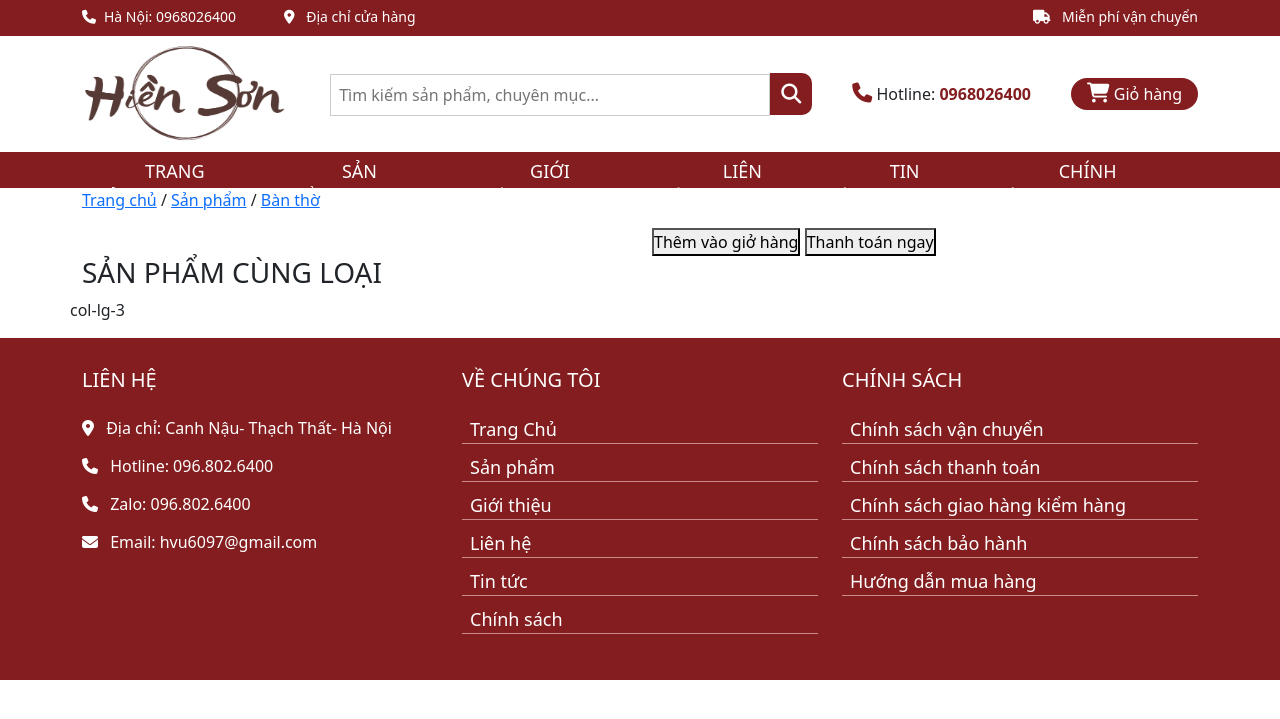
Repository: hoang28092000/do_go_hien_son
Page: product_details/ban_tho-g001.html
An editor plug-in stored every save of this project. The page is shown before and after a run of saves, followed by the edit.
The browser window is 1280 px wide. The pictures show the whole page.
Some web libraries are served in a nearby version.

Above is the page before, as saved 2024-08-10 18:35:12.

### product_details/ban_tho-g001.html
<!DOCTYPE html>
<html lang="en">
<head>
    <meta charset="UTF-8">
    <meta name="viewport" content="width=device-width, initial-scale=1.0">
    <link rel="stylesheet" href="../asset/style.css">
    <link rel="stylesheet" href="https://cdnjs.cloudflare.com/ajax/libs/font-awesome/6.6.0/css/all.min.css" integrity="sha512-Kc323vGBEqzTmouAECnVceyQqyqdsSiqLQISBL29aUW4U/M7pSPA/gEUZQqv1cwx4OnYxTxve5UMg5GT6L4JJg==" crossorigin="anonymous" referrerpolicy="no-referrer" />
    <link href="https://cdn.jsdelivr.net/npm/bootstrap@5.3.3/dist/css/bootstrap.min.css" rel="stylesheet" integrity="sha384-QWTKZyjpPEjISv5WaRU9OFeRpok6YctnYmDr5pNlyT2bRjXh0JMhjY6hW+ALEwIH" crossorigin="anonymous">
    <title>Bàn thờ gia tiên G001</title>
</head>
<body>
    <div id="header">
        <div class="top_header">
            <div class="container">
                <div class=" d-flex align-items-center justify-content-between pt-1">
                    <div class="d-flex">
                        <p class="mb-0 me-5"><a href="" class="txt-th">
                            <i class="fa-solid fa-phone icon-th pe-2"></i>Hà Nội: 0968026400
                        </a></p>
                        <p class="mb-0"><a href="" class="txt-th">
                            <i class="fa-solid fa-location-dot icon-th pe-2"></i>
                        Địa chỉ cửa hàng</a></p>
                    </div>
                    <p class="mb-0"><a href="" class="txt-th">
                        <i class="fa-solid fa-truck icon-th pe-2"></i>
                    Miễn phí vận chuyển</a></p>
                </div>
            </div>
        </div>
    </div>

        <div class="main_header py-2">
            <div class="container">
                <ul class="d-flex justify-content-between align-items-center ps-0 mb-0">
                    <li class="logo-hs">
                        <a href="../index.html"><img src="../asset/image/logo_1.png" class="logo-hd" alt=""></a>
                    </li>
                    <li class="search-hd">
                        <input type="text" class="input-search-hd" placeholder="Tìm kiếm sản phẩm, chuyên mục..."><i class="fa-solid fa-magnifying-glass icon-search_hd"></i>
                    </li>

                    <li class="contact-hd">
                        <i class="fa-solid fa-phone icon-hd "></i>
                        <span class="txt-hd">Hotline: <b style="color: #831d1f;">0968026400</b></span>
                    </li>

                    <li class="cart-hd">
                        <p class="mb-0 cart-list py-1 px-3">
                            <i class="fa-solid fa-cart-shopping icon-cart"></i><span class="txt-cart"> Giỏ hàng</span>
                        </p>
                    </li>
                </ul>
            </div>
        </div>

        <div class="bottom_header">
            <div class="container">
                <ul class="links d-flex justify-content-center align-items-center mb-0 ps-0">
                    <li class="link "><a href="../index.html" class="txt-link">TRANG CHỦ</a></li>
                    <li class="link"><a href="../website/product.html" class="txt-link">SẢN PHẨM</a></li>
                    <li class="link"><a href="../website/about-us.html" class="txt-link">GIỚI THIỆU</a></li>
                    <li class="link"><a href="../website/contact.html" class="txt-link">LIÊN HỆ</a></li>
                    <li class="link"><a href="../website/news.html" class="txt-link">TIN TỨC</a></li>
                    <li class="link"><a href="../website/policy.html" class="txt-link">CHÍNH SÁCH</a></li>
                 </ul>
            </div>
        </div>
    </div>
    <div class="main-product_details">
        <div class="container">
            <div class="links-product_details">
                <a href="" class="">Trang chủ</a>
                <span class="slash"> /</span>
                <a href="" class="">Sản phẩm</a>
                <span class="slash"> /</span>
                <a href="" class="">Bàn thờ</a>
            </div>

            <div class="card-p_details">
                <div class="row">
                    <div class="col-lg-6">
                        <img src="" alt="" class="img-p_details">
                    </div>
                    <div class="col-lg-6">
                        <div class="info-p_details">
                            <h3 class="name-P_details">

                            </h3>

                            <p class="desc-info-pd"></p>
                            <p class="evaluate">

                            </p>
                            <p class="price-pd"></p>
                            <div class="pay">
                                <button class="add_cart">Thêm vào giở hàng</button>
                                <button class="buy">Thanh toán ngay</button>
                            </div>
                        </div>
                    </div>
                </div>
            </div>
            <h3 class="title-pd">
                SẢN PHẨM CÙNG LOẠI
            </h3>
            <div class="pd-relate">
                <div class="row">
                    col-lg-3
                </div>
            </div>
        </div>
    </div>


    <div id="footer" class="mt-3">
        <div class="container">
            <div class="row">
                <div class="col-lg-4">
                    <h4 class="title-ft">LIÊN HỆ</h4>
                    <ul class="list-info">
                        <li>
                            <i class="fa-solid fa-location-dot icon-ft pe-2"></i>
                            <span class="txt-ft">Địa chỉ: Canh Nậu- Thạch Thất- Hà Nội</span>
                        </li>
                        <li>
                            <i class="fa-solid fa-phone icon-ft pe-2"></i>
                            <span class="txt-ft">Hotline: 096.802.6400</span>
                        </li>
                        <li>
                            <i class="fa-solid fa-phone icon-ft pe-2"></i>
                            <span class="txt-ft">Zalo: 096.802.6400    </span>
                        </li>
                        <li>
                            <i class="fa-solid fa-envelope icon-ft pe-2"></i>
                           <span class="txt-ft">Email: hvu6097@gmail.com</span>
                        </li>
                    </ul>
                </div>
                <div class="col-lg-4">
                    <h4 class="title-ft">
                        VỀ CHÚNG TÔI
                    </h4>
                    <ul class="list-links ps-0">
                        <li class="item-link"><a href="../index.html" class="link-ft">Trang Chủ </a></li>
                        <li class="item-link"><a href="../website/product.html" class="link-ft">Sản phẩm</a></li>
                        <li class="item-link"><a href="../website/about-us.html" class="link-ft">Giới thiệu</a></li>
                        <li class="item-link"><a href="../website/contact.html" class="link-ft">Liên hệ</a></li>
                        <li class="item-link"><a href="../website/news.html" class="link-ft">Tin tức</a></li>
                        <li class="item-link"><a href="../website/policy.html" class="link-ft">Chính sách</a></li>
                    </ul>
                </div>
                <div class="col-lg-4">
                    <h4 class="title-ft">
                       CHÍNH SÁCH
                    </h4>
                    <ul class="list-links ps-0">
                        <li class="item-link"><a href="../website/policy.html" class="link-ft">Chính sách vận chuyển </a></li>
                        <li class="item-link"><a href="../website/policy.html" class="link-ft">Chính sách thanh toán</a></li>
                        <li class="item-link"><a href="../website/policy.html" class="link-ft">Chính sách giao hàng kiểm hàng</a></li>
                        <li class="item-link"><a href="../website/policy.html" class="link-ft">Chính sách bảo hành</a></li>
                        <li class="item-link"><a href="../website/policy.html" class="link-ft">Hướng dẫn mua hàng</a></li>
                    </ul>
                </div>

            </div>
        </div>
    </div>
</body>
</html>

### asset/style.css
*{
    padding: 0px;
    margin: 0px ;
    box-sizing: border-box;
    list-style: none;
}

.top_header{
    height: 36px;
    background-color: #831d1f;
}

.top_header .txt-th{
    color: #fff;
    font-size: 14px;
    text-decoration: none;
    font-weight: 500;
}

.top_header .icon-th{
    color: #fff;
}
.top_header .txt-th:hover,
.top_header .icon-th:hover{
    opacity: 0.7;
}

.main_header .logo-hd{
    height: 100px;
    width: 208px;
}
.main_header .input-search-hd{
    font-size: 16px;
    color: #333;
    padding-left: 8px;
    width: 440px;
    height: 42px;
    border: 1px solid #ccc;
    outline: none;
}
.main_header .icon-search_hd{
    font-size: 20px;
    background-color: #831d1f;
    padding: 11px;
    color: #fff;
    border-radius: 0 10px 10px 0;
}
.main_header .icon-search_hd:hover{
    opacity: 0.7;
    cursor: pointer;
}
.main_header .contact-hd .icon-hd{
    font-size: 20px;
    color: #831d1f;
}
.cart-hd .cart-list{
    background-color: #831d1f;
    border-radius: 16px;
}
.cart-hd .txt-cart{
    font-size: 16px;
    font-weight: 500;
    color: #fff;
}
.cart-hd .icon-cart{
    font-size: 20px;
    color: #fff;
}
.cart-hd .cart-list:hover{
    opacity: 0.7;
    cursor: pointer;
}

.bottom_header{
    height: 36px;
    background-color: #831d1f;
}
.bottom_header .links{
    list-style: none;
    padding-top: 6px;
}

.links .txt-link{
    text-decoration: none;
    font-size: 18px;
    font-weight: 500;
    color: #fff;
    padding: 7px 63px 5px;
}
/* .links .txt-link:first-child{
    padding-left:0 ;

}
.links .txt-link:last-child{
    padding-right:0 ;
} */
.links .txt-link:hover{
    cursor: pointer;
    background-color: #bd7071;
}


/* Main*/
#main{
    padding: 20px 0;
}

.left-main .product_portfolio .txt_portfolio{
    font-size: 18px;
    font-weight: 600;
    padding: 4px 10px 4px 0;
    text-align: center;
    background-color: #831d1f;
    color: #fff;
}

.left-main .list_portfolio .items-product{
    border-bottom: 1px solid #ccc;
    padding: 10px 0 4px;
}

.left-main .list_portfolio .items-product:hover{
    background-color: #bd7071;
    color: #fff;
    cursor: pointer;
}
.left-main .list_portfolio .items-product:hover .txt-porduct {
    color: #fff;
}

.left-main .list_portfolio .txt-porduct{
    font-size: 18px;
    color: #333;
    text-decoration: none;
    padding-left: 4px;
    font-weight: 500;
}

/* right-main */

.right-main .first_news .txt-title{
    font-size: 32px;
    font-weight: 600;
    color: #fff;
    background-color: #831d1f;
    padding-left: 10px;

}
.right-main .first_news .hr-title{
    height: 3px;
    background-color: rgb(83, 19, 19);
}
.right-main .first_news .img-rm{
    height: 700px;
}

.right-main .first_news .title-news{
    font-size: 24px;
    font-weight: 500;
    color: #333;

}
.right-main .first_news .txt-bnews{
    font-size: 22px;
    font-weight: 500;
    color: #333;
}
.right-main .first_news .txt-news{
    font-size: 18px;
    color: 16px;
    padding-left: 40px;
    font-weight: 400;
}

.right-main .first_news  .btxt-news{
    font-size: 20px;
    font-weight: 400;
    color: #333;
    padding-left: 20px;
}


/* Main product */
#main .product .img-product{
    height: 412px;
}
#main .product{
    box-shadow: 0px 0px 5px 4px #ccc;
    padding-bottom: 20px;
}
.link-product{
    text-decoration: none;

}
.product .name-product{
    font-size: 18px;
    color: #333;
    font-weight: 500;
    text-align: center;

}
.product .sold-out{
    font-size: 16px;
    color: #757070;
    text-align: center;
}
.product .price-pr{
    font-size: 18px;
    font-weight: 500;
    color: #757070;
    text-decoration: line-through;
}
.product .price-promotion{
    font-size: 18px;
    font-weight: 500;
    color: #fff;
    background-color: #831d1f;
    border-radius: 20px;
    text-align: center;
    padding: 4px 10px;
}
.product .icon_cart-product{
    font-size: 20px;
    color: #831d1f;
    margin-left: 10px;
}

#main .relate_news .title_relate{
    font-size: 24px;
    color: #fff;
    background-color: #831d1f;
    padding: 8px 0 8px 8px;
}
.relate_news .link-relate{
    text-decoration: none;
}
.relate_news .card-relate{
    padding-bottom: 20px;
    box-shadow: 0px 0px 5px 4px #ccc;
}
.card-relate .img-relate{
    height: 229px;
}
.card-relate .info_relate{
    padding: 20px 20px 0 20px;
}
.card-relate .info_relate .h-relate{
    font: size 18px;
    color: #333;
    font-weight: 500;
}
.card-relate .info_relate .desc-relate{
    font-size: 16px;
    font-weight: 400;
    color: #333;
}




/* main about-us */
.main_about-us .title-as{
    font-size: 30px;
    font-weight: 600;
    color: #831d1f;
    text-align: center;
}
.main_about-us .hr-as{
    width: 200px;
    height: 4px;
    background-color: #831d1f;
    margin: 0 auto;
}
.main_about-us .heading-txt{
    font-size: 20px;
    font-weight: 500;
    color: #333;
}

.main_about-us .desc-as{
    font-size: 18px;
    color: #333;
    line-height: 1.8;
}


/* main contact */

.main-contact .title-contact{
    font-size: 30px;
    font-weight: 600;
    color: #831d1f;
    text-align: center;
}

.main-contact .my-info{
    box-shadow: 0px 0px 5px 4px #ccc;
    padding:  20px ;
    height: 437px;
}
.main-contact .my-info .logo-info{
    width: 100px;
    height: 100px;
    border: 2px double #831d1f;

}
.main-contact .my-info .icon-contact{
    font-size: 20px;
    color: #831d1f;
}

.main-contact .my-info .your-info{
    font-size: 22px;
    font-weight: 500;
    color: #831d1f;
    text-align: center;
}
.main-contact .my-info .txt-yi{
    font-size: 18px;
    color: #333;
    font-weight: 500;
}

.main-contact .my-info .input-yi{
    width: 100%;
    outline: none;
    border: 1px solid #ccc;
    padding : 4px 0 4px 6px;
}
.main-contact .text-contact{
    font-size: 18px;
    color: #831d1f;
    font-weight: 500;
    text-align: center;
}
.main-contact .btn-submit{
    border-radius: 10px;
    background-color: #831d1f;
    color: #fff;
    padding: 6px 30px;
    font-size: 18px;
}


/* main-news*/
.main-news .title-news{
    font-size: 24px;
    font-weight: 500;
    color: #831d1f;
    border-bottom: 5px solid #831d1f;
}
.main-news .img-news{
    height: 205px;
}

.main-news .link-news{
    text-decoration: none;
}

.main-news .card-news{
    height: 373px;
    border: 1px solid #ccc;
}

.main-news .link-news .info-news{
    padding: 0 8px;
}

.main-news .link-news .heading-news{
    font-size: 18px;
    font-weight: 500;
    color: #333;
    padding-top: 16px;
    margin-bottom: 0;
}
.main-news .link-news .desc-news{
    font-size: 16px;
    font-weight: 400;
    color: #333;
    margin-top: 4px;
    margin-bottom: 0;
}
.main-news .link-news .time-up{
    font-size: 12px;
    color: #757070;
    font-style: italic;
    padding: 10px 0 20px;
    float: right ;
}

/*main policy  */
.main-policy .title-policy{
    font: 30px;
    color: #831d1f;
    font-weight: 700;
    text-align: center;
    padding-top: 40px;
}
.main-policy .hr-policy{
    width: 200px;
    height: 4px;
    background-color: #831d1f;
    margin: 0 auto;
}
.main-policy .info-policy{
    margin-bottom: 32px;
}

.main-policy .heading-policy{
    font-size: 20px;
    color: #333;
    font-weight: 500;
}

.main-policy .txt-policy{
    padding-left: 20px;
}


/* main thiết kế phòng thờ hợp phong thủy */
.main-design_news .title-ds_news{
    font-size: 30px;
    font-weight: 700;
    color: #831d1f;
    margin-top: 30px;
    text-align: center;
}
.main-design_news .desc-news{
    font-size: 20px;
    color: #333;
    font-weight: 400;
    line-height: 1.7;
}
.main-design_news .img-news{
    height: 400px;
    width: 45%;
    padding: 10px 20px;
}
.main-design_news .desc-img{
    font-size: 16px;
    color: #423e3e;
    font-style: italic;
    text-align: center;
    padding-top: 20px;
}
.main-design_news .title_desc-news{
    font-size: 24px;
    font-weight: 600;
}

/* footer */
#footer{
    background-color: #831d1f;
    padding: 30px 0;
}
#footer .title-ft{
    font-size: 20px;
    font-weight: 500;
    color: #fff;
    margin-bottom: 24px;
}
#footer .list-info{
    padding-left: 0;
}
#footer .txt-ft ,
.icon-ft{
    color: #fff;
    font-size: 16px;
    font-weight: 400;
    padding-bottom: 18px;
}
#footer .list-links .link-ft{
    font-size: 18px;
    color: #fff;
    font-weight: 400;
    text-decoration: none;
    padding-left: 8px;
}
#footer .list-links .item-link{
    border-bottom: 1px solid #cc8b8b;
    margin-bottom: 10px;
}
#footer .list-links .item-link:hover{
    background-color: #bd7071;
    cursor: pointer;

}

After the next 2 saves:
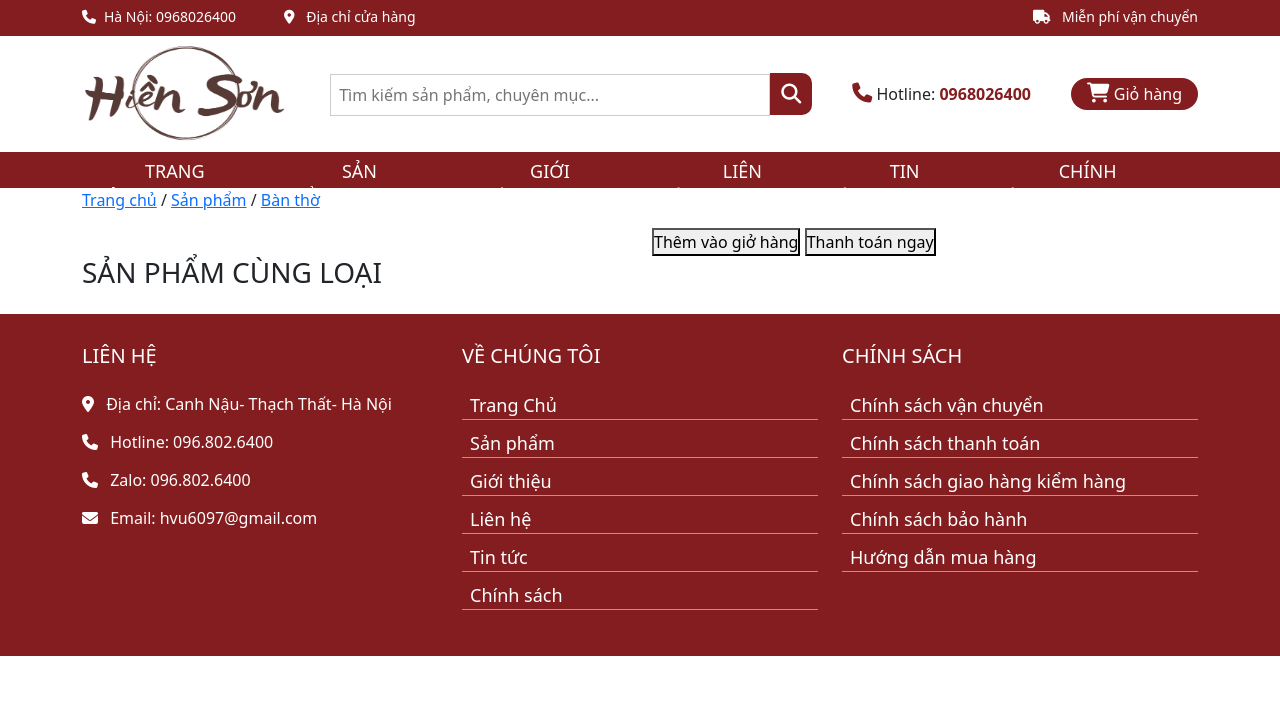
The 2 saves are shown as one change because they came seconds apart.
The last was saved 9 s later.
--- a/product_details/ban_tho-g001.html
+++ b/product_details/ban_tho-g001.html
@@ -105,7 +105,9 @@
             </h3>
             <div class="pd-relate">
                 <div class="row">
-                    col-lg-3
+                    <div class="col-lg-3">
+
+                    </div>
                 </div>
             </div>
         </div>

After the 4 saves that followed:
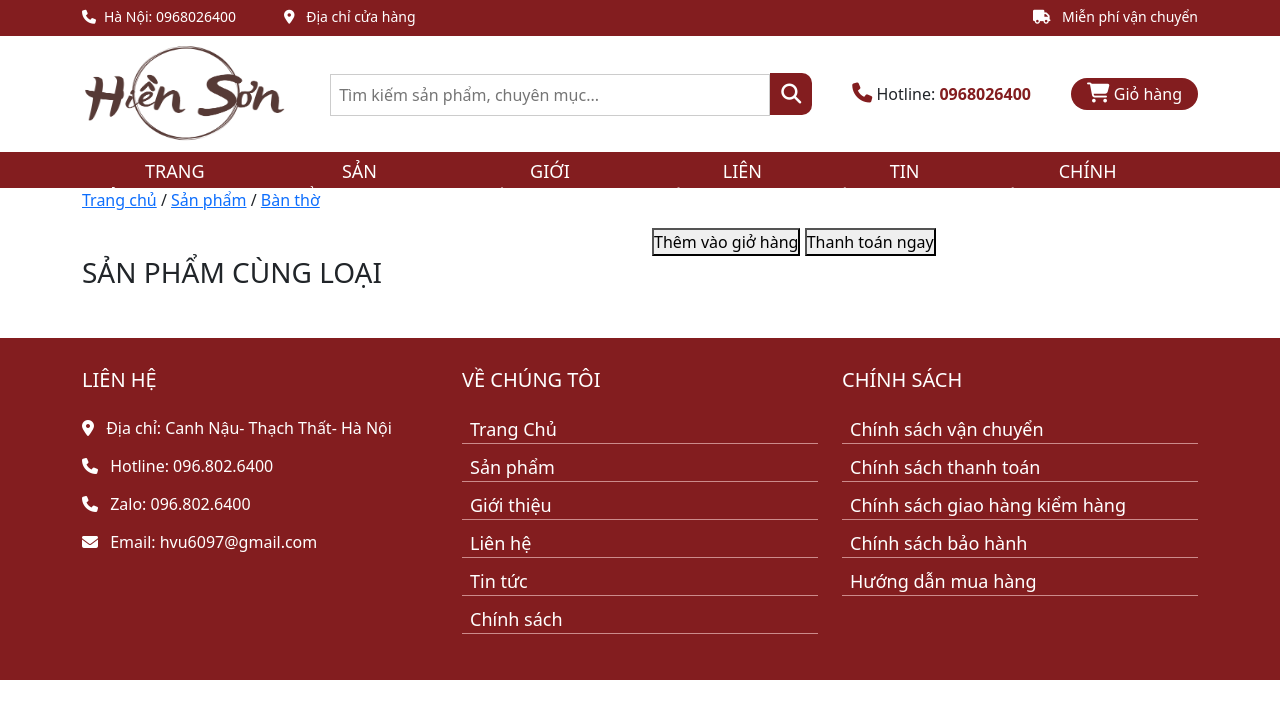
The 4 saves are shown as one change because 2 left the picture as it was and some came seconds apart.
The last was saved 23 s later.
--- a/product_details/ban_tho-g001.html
+++ b/product_details/ban_tho-g001.html
@@ -106,7 +106,9 @@
             <div class="pd-relate">
                 <div class="row">
                     <div class="col-lg-3">
-
+                        <div class="card-pd">
+                            <img src="" alt="">
+                        </div>
                     </div>
                 </div>
             </div>
